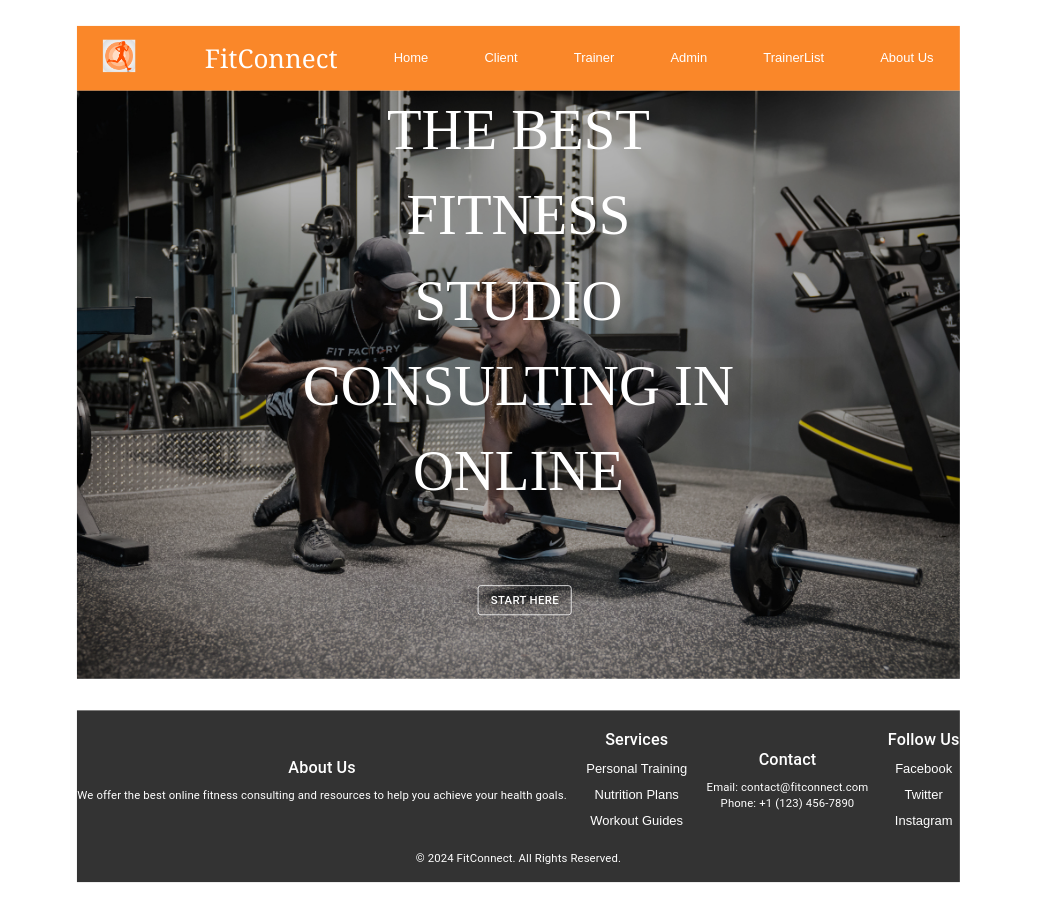
Repository: sarathraj2002/fitconnect
Page: / (app in Frontend/)
The author's editor kept a copy of each file at every save. The page is drawn from the files as they stood at one save, then again after a run of saves.
The browser window is 1280 px wide. The pictures show the whole page, at 81% of full size.
The project was rebuilt for these pictures with package versions that can differ from the ones it lists, and the page was loaded fresh each time. Also part of the build but not shown: Frontend/vite.config.js, Frontend/src/components/ClientPage.jsx, Frontend/src/components/TrainerPage.jsx, Frontend/src/components/AdminPage.jsx, Frontend/src/components/TrainerListPage.jsx, Frontend/src/components/AboutUs.jsx, Frontend/src/components/ClientRegister.css, Frontend/src/components/ClientRegister.jsx and 1 more.

Above is the page before, as saved 2024-11-11 23:36:46.

### Frontend/index.html
<!doctype html>
<html lang="en">
  <head>
    <meta charset="UTF-8" />
    <link rel="icon" type="image/svg+xml" href="/vite.svg" />
    <meta name="viewport" content="width=device-width, initial-scale=1.0" />
    <title>FitConnect</title>
  </head>
  <body>
    <div id="root"></div>
    <script type="module" src="/src/main.jsx"></script>
  </body>
</html>

### Frontend/src/App.jsx
import React from 'react';
import { useState } from 'react'
import './App.css'
import { Route, Routes } from 'react-router-dom';
import NavBar from './components/NavBar';
import ClientPage from './components/ClientPage';
import TrainerPage from './components/TrainerPage';
import AdminPage from './components/AdminPage';
import TrainerListPage from './components/TrainerListPage';
import AboutUs from './components/AboutUs.jsx';
import Home from './components/Home.jsx';
import ClientRegister from './components/ClientRegister.jsx';
import Blog from './components/Blog.jsx';

function App() {
  const [count, setCount] = useState(0)

  return (
    <>


      <NavBar />
      <Routes>
        <Route path="/" element={<Home />}></Route>
        <Route path="/client" element={<ClientPage />}></Route>
        <Route path="/trainer" element={<TrainerPage />} ></Route>
        <Route path="/admin" element={<AdminPage />}></Route>
        <Route path="/trainerlist" element={<TrainerListPage />}></Route>
        <Route path="/about" element={<AboutUs />}></Route>
        <Route path="/register" element={<ClientRegister />}></Route>
        <Route path="/starthere" element={<Blog/>}></Route>
      </Routes>



    </>
  )
}

export default App

### Frontend/src/components/Navbar.jsx
import React from 'react';
import { Link } from 'react-router-dom';
import './navbar.css';
import { assets } from '../assets/assets';
const Navbar = () => {
  return (
     <nav className="navbar">
    {/* Logo */}
    <div className="navbar-logo">
      <img src={assets.logo} alt="Logo" />
    </div>
    <div className='head'>
      FitConnect
    </div>


        <Link to="/" style={{textDecoration:'none',color:'white'}}>Home</Link>
        <Link to="/client" style={{textDecoration:'none',color:'white'}}>Client</Link>
        <Link to="/trainer" style={{textDecoration:'none',color:'white'}}>Trainer</Link>
        <Link to="/admin" style={{textDecoration:'none',color:'white'}}>Admin</Link>
        <Link to="/trainerlist" style={{textDecoration:'none',color:'white'}}>TrainerList</Link>
        <Link to="/about" style={{textDecoration:'none',color:'white'}}>About Us</Link>

    </nav>
  );
};

export default Navbar;

### Frontend/src/components/Home.jsx
import React from 'react'
import { assets } from '../assets/assets'
import Button from '@mui/material/Button';
import { Stack } from '@mui/material';
import { Link } from 'react-router-dom';
import Footer from './Footer';

const Home = () => {
  return (

    <>

    <div className='img' style={{ position: 'relative', textAlign: 'center' }}>

    <img
      style={{  width: '100%',filter: 'brightness(70%)' }}
      src={assets.head1}
      alt=""
    />
    <p
      style={{
        position: 'absolute',
        top: '50%',
        left: '50%',
        transform: 'translate(-50%, -50%)',
        color: 'white',
        fontSize: '70px',

        fontFamily:'fantasy'
      }}
    >
      THE BEST FITNESS STUDIO CONSULTING IN ONLINE
      <Stack spacing={2} direction="row" alignItems="center"
      justifyContent="center"
      style={{ height: '30vh' }} >

      <Link to="/starthere" style={{ textDecoration: 'none' }}></Link>
      <Button variant="outlined" sx={{ color: 'white', borderColor: 'white' }}>START HERE</Button>
    </Stack>

    </p>




    </div>
    <Footer />
    </>
  )
}

export default Home;

### Frontend/src/components/Navbar.css
* {
  margin: 0;
  padding: 0;
  box-sizing: border-box;
}

body {
  font-family: Arial, sans-serif;
}

.navbar {
  display: flex;
  align-items: center;
  justify-content: space-between;
  background-color: #fa8729;
  padding: 1rem 2rem;
  color: white;
  width: 100%;
}

.navbar-logo img {
  height: 40px;
  width: auto;
}

.head {
  font-size: xx-large;
  font-family: Georgia, 'Times New Roman', Times, serif;
  color: white;
  margin-left: 1rem;
}

.navbar-links {
  display: flex;
  gap: 1.5rem;
  list-style: none;
  margin-left: auto; /* Align links to the right */
}

.navbar-links a {
  text-decoration: none;
  color: white;
  font-size: 1rem;
  transition: color 0.3s ease;
}

.navbar-links a:hover {
  color: #ec7819;
}

.navbar-toggle {
  display: none;
  font-size: 1.5rem;
  color: white;
  cursor: pointer;
}

/* Mobile view adjustments */
@media (max-width: 768px) {
  .navbar {
      flex-direction: column;
      align-items: flex-start;
  }

  .navbar-links {
      display: none;
      flex-direction: column;
      width: 100%;
      background-color: #fa8729;
      position: absolute;
      top: 100%;
      left: 0;
      padding: 1rem 2rem;
      border-radius: 0;
  }

  .navbar-links.open {
      display: flex;
  }

  .navbar-toggle {
      display: block;
  }

  .head {
      margin-left: 0;
      margin-bottom: 1rem;
  }
}

### Frontend/src/assets/assets.js
import logo from './logo.png';
import head1 from './head1.png'

export const assets={
    logo,
    head1
};

### Frontend/src/components/Footer.jsx

import React from 'react';
import { Box, Typography, Link, Stack } from '@mui/material';

const Footer = () => {
  return (
    <Box
      component="footer"
      sx={{
        backgroundColor: '#333',
        color: 'white',
        padding: '20px 0',
        textAlign: 'center',
        mt: 4
      }}
    >
      <Stack
        direction={{ xs: 'column', sm: 'row' }}
        spacing={3}
        justifyContent="center"
        alignItems="center"
      >

        <Box>
          <Typography variant="h6">About Us</Typography>
          <Typography variant="body2" sx={{ mt: 1 }}>
            We offer the best online fitness consulting and resources to help you achieve your health goals.
          </Typography>
        </Box>


        <Box>
          <Typography variant="h6">Services</Typography>
          <Link href="/services" color="inherit" underline="none" sx={{ display: 'block', mt: 1 }}>
            Personal Training
          </Link>
          <Link href="/services" color="inherit" underline="none" sx={{ display: 'block', mt: 1 }}>
            Nutrition Plans
          </Link>
          <Link href="/services" color="inherit" underline="none" sx={{ display: 'block', mt: 1 }}>
            Workout Guides
          </Link>
        </Box>


        <Box>
          <Typography variant="h6">Contact</Typography>
          <Typography variant="body2" sx={{ mt: 1 }}>Email: contact@fitconnect.com</Typography>
          <Typography variant="body2">Phone: +1 (123) 456-7890</Typography>
        </Box>


        <Box>
          <Typography variant="h6">Follow Us</Typography>
          <Link href="https://facebook.com" color="inherit" underline="none" sx={{ display: 'block', mt: 1 }}>
            Facebook
          </Link>
          <Link href="https://twitter.com" color="inherit" underline="none" sx={{ display: 'block', mt: 1 }}>
            Twitter
          </Link>
          <Link href="https://instagram.com" color="inherit" underline="none" sx={{ display: 'block', mt: 1 }}>
            Instagram
          </Link>
        </Box>
      </Stack>


      <Typography variant="body2" sx={{ mt: 3 }}>
        &copy; {new Date().getFullYear()} FitConnect. All Rights Reserved.
      </Typography>
    </Box>
  );
};

export default Footer;

Loaded but not shown: Frontend/src/main.jsx (common file); Frontend/src/index.css (common file); Frontend/src/App.css (common file)

After the next 2 saves:
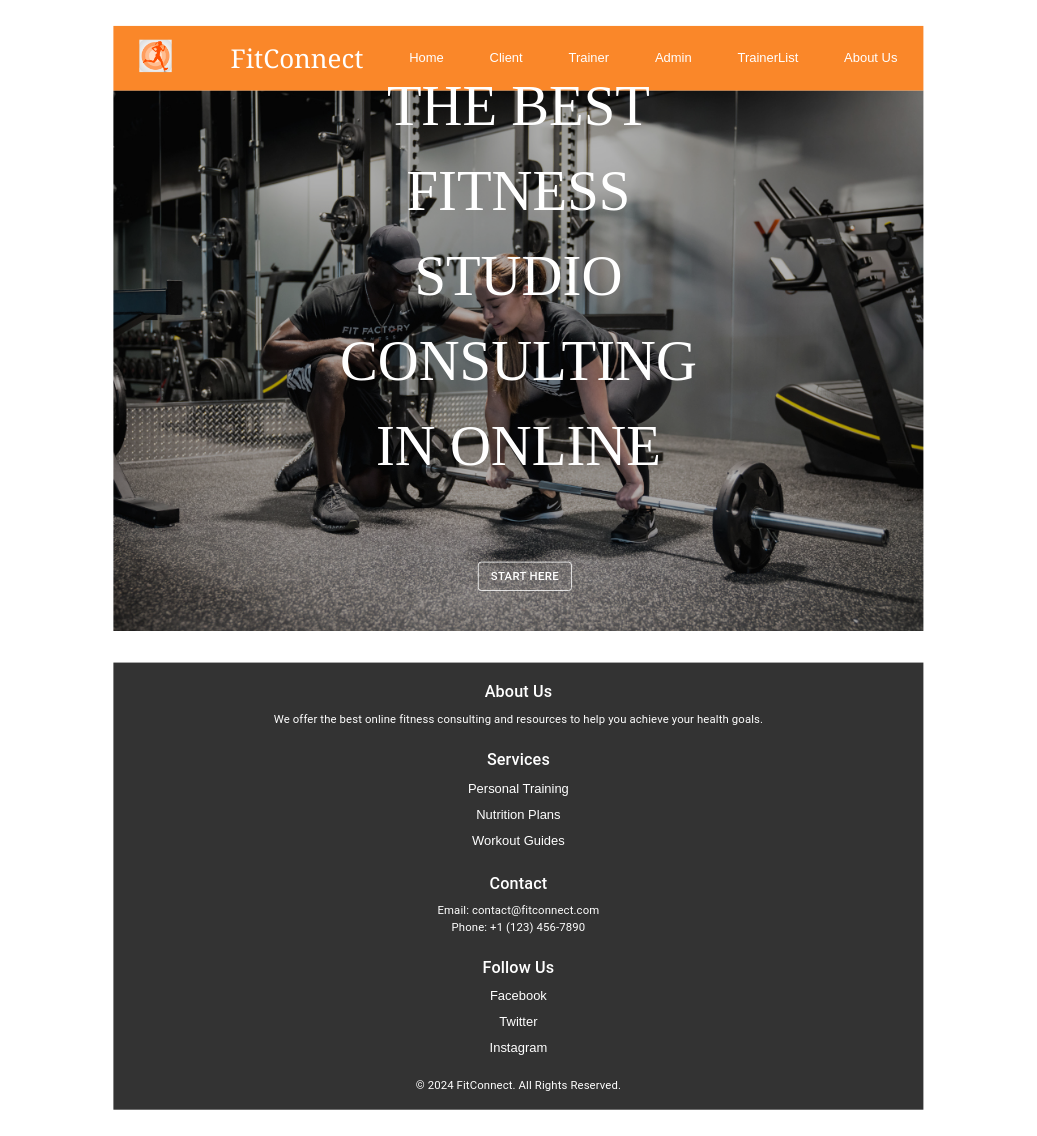
The 2 saves are shown as one change because they came seconds apart.
The last was saved 9 s later.
--- a/Frontend/src/components/Footer.jsx
+++ b/Frontend/src/components/Footer.jsx
@@ -15,7 +15,7 @@ const Footer = () => {
       }}
     >
       <Stack
-        direction={{ xs: 'column', sm: 'row' }}
+        direction={{ xs: 'column' }}
         spacing={3}
         justifyContent="center"
         alignItems="center"
